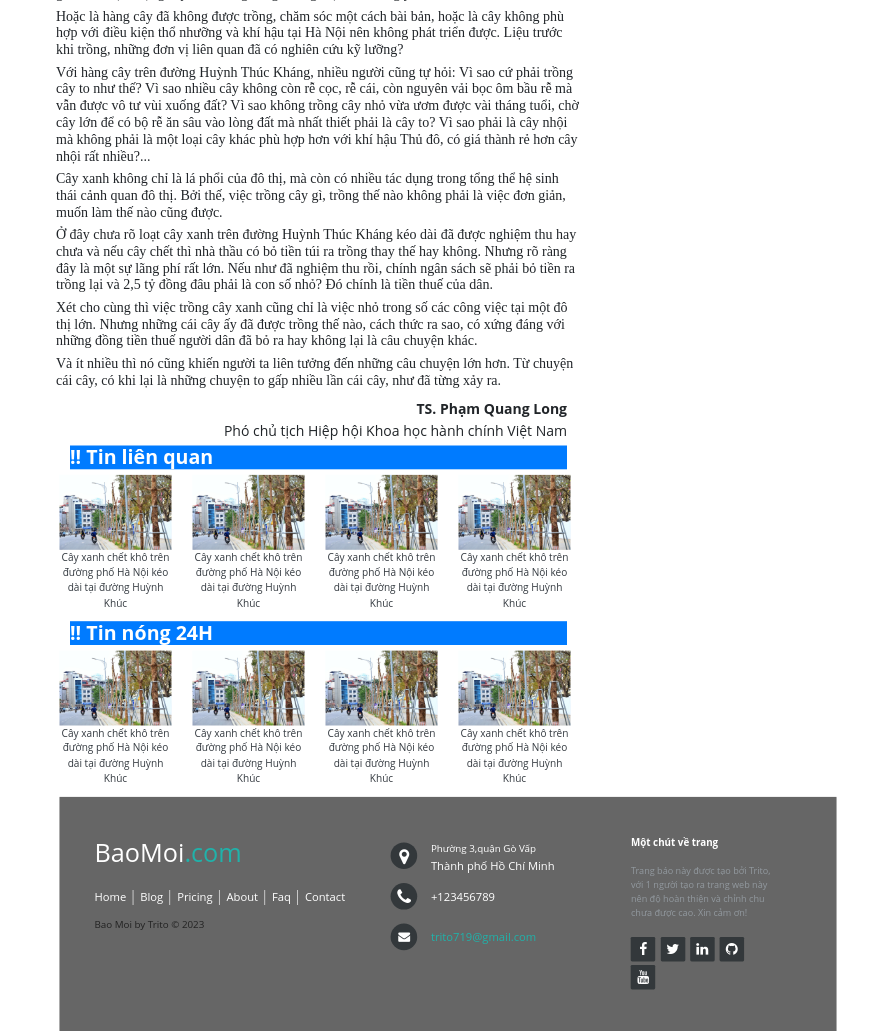
Repository: TRITO719/18_TrinhQuocToan_20081631
Page: So37/html/caykho.html
These files come from the project's save history. The page is drawn as it stood at one moment and after the next save; the edit follows.
The browser window is 1280 px wide. The pictures show the part of the page from y = 1768 to 3688 px (the page is 3242 px tall before and 3688 px after), at 70% of full size.

Above is the page before, as saved 2023-04-22 13:05:20.

### So37/html/caykho.html
<!DOCTYPE html>
<html lang="en">
<head>
    <meta charset="UTF-8">
    <meta http-equiv="X-UA-Compatible" content="IE=edge">
    <meta name="viewport" content="width=device-width, initial-scale=1.0">
    <title>Document</title>
    <link rel="stylesheet" href="../css/bootstrap.min.css">
    <script src="../js/jquery-3.6.4.min.js"></script>
    <script src="../js/bootstrap.min.js"></script>
    <link rel="stylesheet" href="../css/style.css">
    <link rel="stylesheet" href="https://cdnjs.cloudflare.com/ajax/libs/font-awesome/4.7.0/css/font-awesome.min.css">
</head>
<body>
    <!--Tao thuong hieu va menu-->
    <div class="container">
        <!--Nhan-->
        <a  href="">
            <img class="navbar-brand-item mx-auto d-block" src="../img/Capture.PNG" alt="">
        </a>
        <!--Menu-->
        <nav class="navbar navbar-expand-lg  navbar-light bg-light sticky-top">
            <div class="navbar-collapse collapse show" id="navbar">
                <ul class="navbar-nav">
                    <!--Trang chu-->
                    <li class="nav-item dropdown">
                        <a class="nav-link dropdown-toggle" id="trangchu" data-toggle="dropdown" aria-haspopup="true" aria-expanded="false" href="#">Trang chủ</a>
                        <div class="dropdown-menu" aria-labelledby="trangchu">
                            <a class="dropdown-item" href="#">Trang chính</a>
                            <a class="dropdown-item" href="#">Trang mua sắm</a>
                            <a class="dropdown-item" href="#">Trang giới thiệu</a>
                        </div>
                    </li>

                        <li class="nav-item dropdown">
                            <a class="nav-link dropdown-toggle" href="#" id="thoisuDropdown" role="button" data-toggle="dropdown" aria-haspopup="true" aria-expanded="false">Thời sự
                            </a>
                            <div class="dropdown-menu" aria-labelledby="thoisuDropdown">
                                <a class="dropdown-item" href="#">Tin nóng</a>
                                <a class="dropdown-item" href="#">Tin mới</a>
                                <a class="dropdown-item" href="#">Tin trong ngày</a>
                                <a class="dropdown-item" href="#">Tin trong tuần</a>
                                <a class="dropdown-item" href="#">Tin chính trị</a>
                                <a class="dropdown-item" href="#">Tin kinh tế</a>
                                <a class="dropdown-item" href="#">Tin giáo dục </a>
                                <a class="dropdown-item" href="#">Tin quân sự</a>
                            </div>
                        </li>
                        <li class="nav-item dropdown">
                            <a class="nav-link dropdown-toggle" href="#" id="thoisuDropdown" role="button" data-toggle="dropdown" aria-haspopup="true" aria-expanded="false">Thế giới
                            </a>
                            <div class="dropdown-menu" aria-labelledby="thoisuDropdown">
                                <a class="dropdown-item" href="#">Tin nóng</a>
                                <a class="dropdown-item" href="#">Tin mới</a>
                                <a class="dropdown-item" href="#">Tin trong ngày</a>
                                <a class="dropdown-item" href="#">Tin trong tuần</a>
                                <a class="dropdown-item" href="#">Tin chính trị</a>
                                <a class="dropdown-item" href="#">Tin kinh tế</a>
                                <a class="dropdown-item" href="#">Tin giáo dục </a>
                                <a class="dropdown-item" href="#">Tin quân sự</a>
                            </div>
                        </li>
                        <li class="nav-item ">
                            <a class="nav-link" href="">Video</a>

                        </li>
                        <li class="nav-item ">
                            <a class="nav-link" href="">Chủ đề</a>

                        </li>

                        <div class="col ml-auto">
                            <form class="d-flex">
                                <input class="form-control me-2" type="search" placeholder="Tìm kiếm" aria-label="Search">
                                <button class="btn btn-outline-success" type="submit">Tìm kiếm</button>
                            </form>

                        </div>

                </ul>

            </div>

        </nav>
        <div class="row text-center " style="font-family:'Times', 'Gill Sans MT', Calibri, 'Trebuchet MS', sans-serif">
            <h1>Cây xanh chết khô trên đường phố Hà Nội kéo dài tại đường Huỳnh Khúc</h1>
            <p class="text-muted" >04/04/2023</p>
            <h5 class="font-weight-bold">Sáng 3/4, nhiều cây nhội chết khô có đường kính thân 20-25cm trên vỉa hè dọc đường Huỳnh Thúc Kháng kéo dài (Hà Nội) đã được nhổ lên.</h5>
                <figure>
                    <img src="../img/cay-xanh-chet-kho-tren-duong-huynh-thuc-khang-keo-dai-2-16803995389678631728.jpg" class="d-block w-100 trans" alt="Hình ảnh 1">
                    <figcaption class="figure-caption text-center text-dark ">
                        Cây xanh chết khô trên đường phố Hà Nội kéo dài tại đường Huỳnh Khúc
                    </figcaption>


        </div>
        <div class="row">
            <div class="col-7" style="margin: 10px;padding: 10px; font-family: 'Times New Roman', Times, serif;">
                <h5>Hạng mục cây xanh trên tuyến đường này có trị giá khoảng 2,5 tỷ đồng, do nhà thầu thi công là liên danh Công ty Đường bộ Phú Thọ và Công ty CP Đầu tư DCC Hà Nội thực hiện. Trước mắt, có vài chục cây được xác định đã bị chết.</h5>

            </div>
            <div class="col-4">

            </div>
            <div class="col-sm-7 col-md-7">
                    <figure>
                        <img src="../img/caykho/img-bgt-2021-cay-xanh-1680532614-width1280height824.jpg" class="d-block w-100 trans" alt="Hình ảnh 1">
                        <figcaption class="figure-caption text-center text-dark ">
                            Cây xanh chết khô trên đường phố Hà Nội kéo dài tại đường Huỳnh Khúc
                        </figcaption>
                    </figure>
            </div>
            <div class="col-4">

            </div>
            <div class="col-8" style="font-family:'Times New Roman', Times, serif; margin: 5px; padding: 5px;">
                <h5>
                    Nguyên nhân khiến cây xanh chết khô hoặc có dấu hiệu sinh trưởng thấp được những người có trách nhiệm cho rằng “do thổ nhưỡng bị thay đổi đột ngột”.
                </h5>
                <h5>
                    Đường Huỳnh Thúc Kháng kéo dài có chiều dài khoảng 1,3km, vừa được thông xe vào ngày 17/1, có tổng mức đầu tư hơn 340 tỷ đồng do quận Đống Đa làm chủ đầu tư. Hàng cây xanh 2 bên đường với số lượng 264 cây được đầu tư đồng bộ cùng các hạng mục khác của con đường.
                </h5>
                <h5>
                    Tuy nhiên, đã nhiều tháng trôi qua, hàng cây không lên xanh mà bị khô héo. Nhiều cây chết đã lâu nên lớp vỏ bị bong tróc, gây mất cảnh quan đô thị và tiềm ẩn nguy cơ gãy, đổ, đe dọa người tham gia giao thông.
                </h5>
                <h5>
                    Còn nhớ, vào năm 2020, sau gần 3 năm trồng, những cây phong trên đường Trần Duy Hưng - Nguyễn Chí Thanh, Hà Nội cũng rơi vào tình trạng trơ trụi lá, nhiều cây bị chết khô. Tuyến đường này vốn được kỳ vọng sẽ trở thành một trong những con đường đẹp, lãng mạn nhất Thủ đô lúc bấy giờ…
                </h5>
                <h5>
                    Nhìn những cây nhội bị đốn hạ trên đường Huỳnh Thúc Kháng để chuẩn bị thay thế cây mới, nhiều người không khỏi xót xa. Dù lý do được đưa ra là “thổ nhưỡng thay đổi đột ngột” để lý giải cho hiện tượng cây chết, song cũng không loại trừ những yếu tố khác.
                </h5>
                <h5>
                    Hoặc là hàng cây đã không được trồng, chăm sóc một cách bài bản, hoặc là cây không phù hợp với điều kiện thổ nhưỡng và khí hậu tại Hà Nội nên không phát triển được. Liệu trước khi trồng, những đơn vị liên quan đã có nghiên cứu kỹ lưỡng?
                </h5>

                <h5>
                    Với hàng cây trên đường Huỳnh Thúc Kháng, nhiều người cũng tự hỏi: Vì sao cứ phải trồng cây to như thế? Vì sao nhiều cây không còn rễ cọc, rễ cái, còn nguyên vải bọc ôm bầu rễ mà vẫn được vô tư vùi xuống đất? Vì sao không trồng cây nhỏ vừa ươm được vài tháng tuổi, chờ cây lớn để có bộ rễ ăn sâu vào lòng đất mà nhất thiết phải là cây to? Vì sao phải là cây nhội mà không phải là một loại cây khác phù hợp hơn với khí hậu Thủ đô, có giá thành rẻ hơn cây nhội rất nhiều?...
                </h5>
                <h5>
                    Cây xanh không chỉ là lá phổi của đô thị, mà còn có nhiều tác dụng trong tổng thể hệ sinh thái cảnh quan đô thị. Bởi thế, việc trồng cây gì, trồng thế nào không phải là việc đơn giản, muốn làm thế nào cũng được.
                </h5>
                <h5>
                    Ở đây chưa rõ loạt cây xanh trên đường Huỳnh Thúc Kháng kéo dài đã được nghiệm thu hay chưa và nếu cây chết thì nhà thầu có bỏ tiền túi ra trồng thay thế hay không. Nhưng rõ ràng đây là một sự lãng phí rất lớn. Nếu như đã nghiệm thu rồi, chính ngân sách sẽ phải bỏ tiền ra trồng lại và 2,5 tỷ đồng đâu phải là con số nhỏ? Đó chính là tiền thuế của dân.
                </h5>
                <h5>
                    Xét cho cùng thì việc trồng cây xanh cũng chỉ là việc nhỏ trong số các công việc tại một đô thị lớn. Nhưng những cái cây ấy đã được trồng thế nào, cách thức ra sao, có xứng đáng với những đồng tiền thuế người dân đã bỏ ra hay không lại là câu chuyện khác.

                </h5>
                <h5>
                    Và ít nhiều thì nó cũng khiến người ta liên tưởng đến những câu chuyện lớn hơn. Từ chuyện cái cây, có khi lại là những chuyện to gấp nhiều lần cái cây, như đã từng xảy ra.
                </h5>
            </div>


        </div>
        <div class="col-8">
            <div class="text-right">
                <h5 class="font-weight-bold">
                    TS. Phạm Quang Long
                </h5>
                <h5>
                    Phó chủ tịch Hiệp hội Khoa học hành chính Việt Nam
                </h5>

            </div>
            <div>
                <h3 class="text-white font-weight-bold bg-primary">!! Tin liên quan</h3>
            </div>
        </div>
        <div class="row">
            <div class="col-sm-2 col-md-2">
                <a href="">
                    <figure>
                        <img src="../img/cay-xanh-chet-kho-tren-duong-huynh-thuc-khang-keo-dai-2-16803995389678631728.jpg" class="d-block w-100 trans" alt="Hình ảnh 1">
                        <figcaption class="figure-caption text-center text-dark ">
                            Cây xanh chết khô trên đường phố Hà Nội kéo dài tại đường Huỳnh Khúc
                        </figcaption>
                </a>

            </div>
            <div class="col-sm-2 col-md-2">
                <a href="">
                    <figure>
                        <img src="../img/cay-xanh-chet-kho-tren-duong-huynh-thuc-khang-keo-dai-2-16803995389678631728.jpg" class="d-block w-100 trans" alt="Hình ảnh 1">
                        <figcaption class="figure-caption text-center text-dark ">
                            Cây xanh chết khô trên đường phố Hà Nội kéo dài tại đường Huỳnh Khúc
                        </figcaption>
                </a>

            </div>
            <div class="col-sm-2 col-md-2">
                <a href="">
                    <figure>
                        <img src="../img/cay-xanh-chet-kho-tren-duong-huynh-thuc-khang-keo-dai-2-16803995389678631728.jpg" class="d-block w-100 trans" alt="Hình ảnh 1">
                        <figcaption class="figure-caption text-center text-dark ">
                            Cây xanh chết khô trên đường phố Hà Nội kéo dài tại đường Huỳnh Khúc
                        </figcaption>
                </a>

            </div>
            <div class="col-sm-2 col-md-2">
                <a href="">
                    <figure>
                        <img src="../img/cay-xanh-chet-kho-tren-duong-huynh-thuc-khang-keo-dai-2-16803995389678631728.jpg" class="d-block w-100 trans" alt="Hình ảnh 1">
                        <figcaption class="figure-caption text-center text-dark ">
                            Cây xanh chết khô trên đường phố Hà Nội kéo dài tại đường Huỳnh Khúc
                        </figcaption>
                </a>

            </div>

        </div>
        <div class="col-sm-8 col-md-8">
            <div>
                <h3 class="text-white font-weight-bold bg-primary">!! Tin nóng 24H</h3>
            </div>

        </div>
        <div class="row">
            <div class="col-sm-2 col-md-2">
                <a href="">
                    <figure>
                        <img src="../img/cay-xanh-chet-kho-tren-duong-huynh-thuc-khang-keo-dai-2-16803995389678631728.jpg" class="d-block w-100 trans" alt="Hình ảnh 1">
                        <figcaption class="figure-caption text-center text-dark ">
                            Cây xanh chết khô trên đường phố Hà Nội kéo dài tại đường Huỳnh Khúc
                        </figcaption>
                </a>

            </div>
            <div class="col-sm-2 col-md-2">
                <a href="">
                    <figure>
                        <img src="../img/cay-xanh-chet-kho-tren-duong-huynh-thuc-khang-keo-dai-2-16803995389678631728.jpg" class="d-block w-100 trans" alt="Hình ảnh 1">
                        <figcaption class="figure-caption text-center text-dark ">
                            Cây xanh chết khô trên đường phố Hà Nội kéo dài tại đường Huỳnh Khúc
                        </figcaption>
                </a>

            </div>
            <div class="col-sm-2 col-md-2">
                <a href="">
                    <figure>
                        <img src="../img/cay-xanh-chet-kho-tren-duong-huynh-thuc-khang-keo-dai-2-16803995389678631728.jpg" class="d-block w-100 trans" alt="Hình ảnh 1">
                        <figcaption class="figure-caption text-center text-dark ">
                            Cây xanh chết khô trên đường phố Hà Nội kéo dài tại đường Huỳnh Khúc
                        </figcaption>
                </a>

            </div>
            <div class="col-sm-2 col-md-2">
                <a href="">
                    <figure>
                        <img src="../img/cay-xanh-chet-kho-tren-duong-huynh-thuc-khang-keo-dai-2-16803995389678631728.jpg" class="d-block w-100 trans" alt="Hình ảnh 1">
                        <figcaption class="figure-caption text-center text-dark ">
                            Cây xanh chết khô trên đường phố Hà Nội kéo dài tại đường Huỳnh Khúc
                        </figcaption>
                </a>

            </div>

        </div>
        <footer class="footer-distributed">

            <div class="footer-left">

                <h3>BaoMoi<span>.com</span></h3>

                <p class="footer-links">
                    <a href="#" class="link-1">Home</a>

                    <a href="#">Blog</a>

                    <a href="#">Pricing</a>

                    <a href="#">About</a>

                    <a href="#">Faq</a>

                    <a href="#">Contact</a>
                </p>

                <p class="footer-company-name">Bao Moi by Trito © 2023</p>
            </div>

            <div class="footer-center">

                <div>
                    <i class="fa fa-map-marker"></i>
                    <p><span>Phường 3,quận Gò Vấp</span> Thành phố Hồ Chí Minh</p>
                </div>

                <div>
                    <i class="fa fa-phone"></i>
                    <p>+123456789</p>
                </div>

                <div>
                    <i class="fa fa-envelope"></i>
                    <p><a href="trito719@gmail.com">trito719@gmail.com</a></p>
                </div>

            </div>

            <div class="footer-right">

                <p class="footer-company-about">
                    <span>Một chút về trang</span>
                    Trang báo này được tạo bởi Trito, với 1 người tạo ra trang web này nên độ hoàn thiện và chỉnh chu chưa được cao. Xin cảm ơn!
                </p>

                <div class="footer-icons">

                    <a href="https://www.facebook.com/" ><i class="fa fa-facebook"></i></a>
                    <a href="https://twitter.com/home"><i class="fa fa-twitter"></i></a>
                    <a href="https://www.linkedin.com/"><i class="fa fa-linkedin"></i></a>
                    <a href="https://github.com/"><i class="fa fa-github"></i></a>
                    <a href="https://www.youtube.com/watch?v=dQw4w9WgXcQ"><i class="fa fa-youtube"></i></a>


                </div>

            </div>

        </footer>

    </div>


</body>

### So37/css/style.css
.trans:hover{
    transform: scale(1.05);
    box-shadow: 0 0 10px rgba(0, 0, 0, 0.5);
    transition: transform 0.5s ease-in-out, box-shadow 0.5s ease-in-out;
}
.row1{
    padding: 10px;
    margin: 10px;
}
#text1{
    font-family: 'Trebuchet MS', 'Lucida Sans Unicode', 'Lucida Grande', 'Lucida Sans', Arial, sans-serif;
}
@import url(https://fonts.googleapis.com/css?family=Open+Sans:400,500,300,700);
* {
    font-family: Open Sans;
  }

  section {
    width: 100%;
    display: inline-block;
    background: #333;
    height: 50vh;
    text-align: center;
    font-size: 22px;
    font-weight: 700;
    text-decoration: underline;
  }

  .footer-distributed{
      background: #666;
      box-shadow: 0 1px 1px 0 rgba(0, 0, 0, 0.12);
      box-sizing: border-box;
      width: 100%;
      text-align: left;
      font: bold 16px sans-serif;
      padding: 55px 50px;
  }

  .footer-distributed .footer-left,
  .footer-distributed .footer-center,
  .footer-distributed .footer-right{
      display: inline-block;
      vertical-align: top;
  }

  /* Footer left */

  .footer-distributed .footer-left{
      width: 40%;
  }

  /* The company logo */

  .footer-distributed h3{
      color:  #ffffff;
      font: normal 36px 'Open Sans', cursive;
      margin: 0;
  }

  .footer-distributed h3 span{
      color:  lightseagreen;
  }

  /* Footer links */

  .footer-distributed .footer-links{
      color:  #ffffff;
      margin: 20px 0 12px;
      padding: 0;
  }

  .footer-distributed .footer-links a{
      display:inline-block;
      line-height: 1.8;
    font-weight:400;
      text-decoration: none;
      color:  inherit;
  }

  .footer-distributed .footer-company-name{
      color:  #222;
      font-size: 14px;
      font-weight: normal;
      margin: 0;
  }

  /* Footer Center */

  .footer-distributed .footer-center{
      width: 35%;
  }

  .footer-distributed .footer-center i{
      background-color:  #33383b;
      color: #ffffff;
      font-size: 25px;
      width: 38px;
      height: 38px;
      border-radius: 50%;
      text-align: center;
      line-height: 42px;
      margin: 10px 15px;
      vertical-align: middle;
  }

  .footer-distributed .footer-center i.fa-envelope{
      font-size: 17px;
      line-height: 38px;
  }

  .footer-distributed .footer-center p{
      display: inline-block;
      color: #ffffff;
    font-weight:400;
      vertical-align: middle;
      margin:0;
  }

  .footer-distributed .footer-center p span{
      display:block;
      font-weight: normal;
      font-size:14px;
      line-height:2;
  }

  .footer-distributed .footer-center p a{
      color:  lightseagreen;
      text-decoration: none;;
  }

  .footer-distributed .footer-links a:before {
    content: "|";
    font-weight:300;
    font-size: 20px;
    left: 0;
    color: #fff;
    display: inline-block;
    padding-right: 5px;
  }

  .footer-distributed .footer-links .link-1:before {
    content: none;
  }

  /* Footer Right */

  .footer-distributed .footer-right{
      width: 20%;
  }

  .footer-distributed .footer-company-about{
      line-height: 20px;
      color:  #92999f;
      font-size: 13px;
      font-weight: normal;
      margin: 0;
  }

  .footer-distributed .footer-company-about span{
      display: block;
      color:  #ffffff;
      font-size: 14px;
      font-weight: bold;
      margin-bottom: 20px;
  }

  .footer-distributed .footer-icons{
      margin-top: 25px;
  }

  .footer-distributed .footer-icons a{
      display: inline-block;
      width: 35px;
      height: 35px;
      cursor: pointer;
      background-color:  #33383b;
      border-radius: 2px;

      font-size: 20px;
      color: #ffffff;
      text-align: center;
      line-height: 35px;

      margin-right: 3px;
      margin-bottom: 5px;
  }

  /* If you don't want the footer to be responsive, remove these media queries */

  @media (max-width: 880px) {

      .footer-distributed{
          font: bold 14px sans-serif;
      }

      .footer-distributed .footer-left,
      .footer-distributed .footer-center,
      .footer-distributed .footer-right{
          display: block;
          width: 100%;
          margin-bottom: 40px;
          text-align: center;
      }

      .footer-distributed .footer-center i{
          margin-left: 0;
      }

  }

Loaded but not shown: So37/css/bootstrap.min.css (library); So37/js/jquery-3.6.4.min.js (library); So37/js/bootstrap.min.js (library)

After the next save:
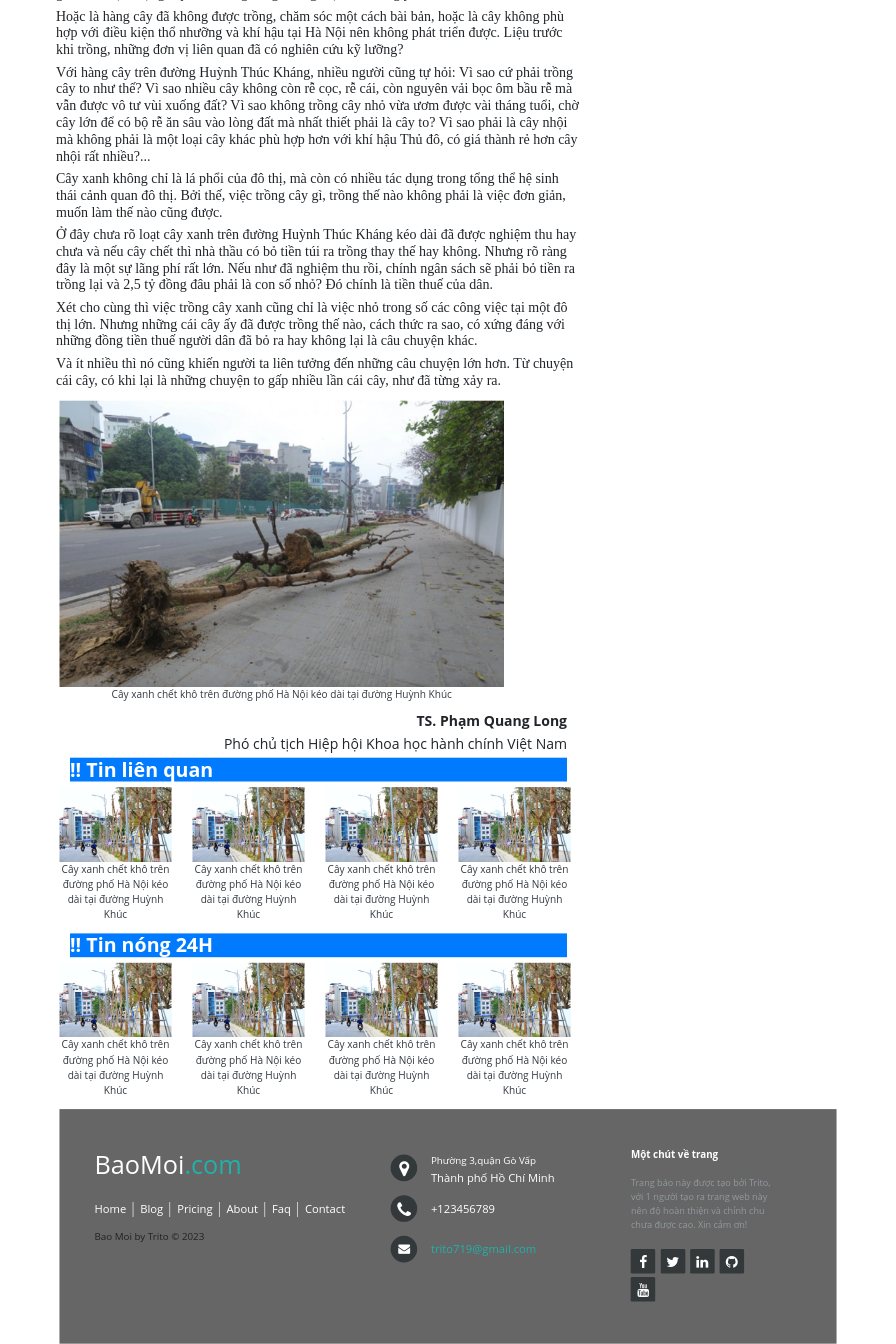
Saved 57 s later.
--- a/So37/html/caykho.html
+++ b/So37/html/caykho.html
@@ -150,6 +150,17 @@
                     Và ít nhiều thì nó cũng khiến người ta liên tưởng đến những câu chuyện lớn hơn. Từ chuyện cái cây, có khi lại là những chuyện to gấp nhiều lần cái cây, như đã từng xảy ra.
                 </h5>
             </div>
+            <div class="col-sm-7 col-md-7">
+                <figure>
+                    <img src="../img/caykho/img-bgt-2021-cay-xanh-1680532614-width1280height824.jpg" class="d-block w-100 trans" alt="Hình ảnh 1">
+                    <figcaption class="figure-caption text-center text-dark ">
+                        Cây xanh chết khô trên đường phố Hà Nội kéo dài tại đường Huỳnh Khúc
+                    </figcaption>
+                </figure>
+        </div>
+        <div class="col-4">
+
+        </div>
 
 
         </div>
